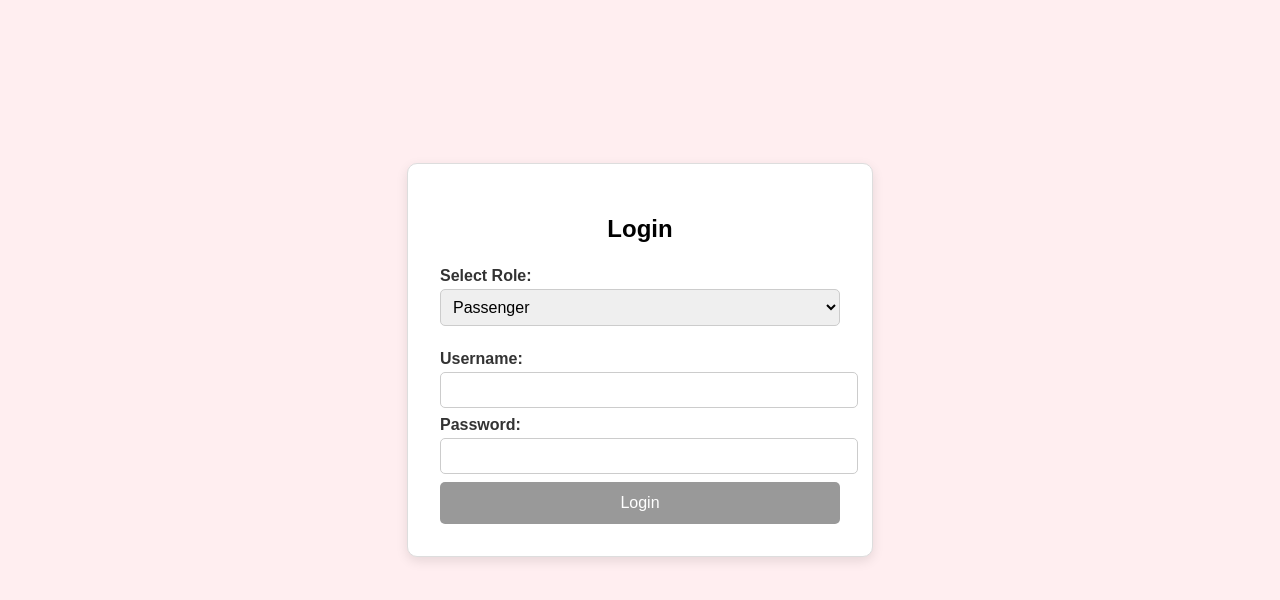
Repository: Shenes35/Booking-system
Page: / (app in frontend/)
These files come from the project's save history. The page is drawn as it stood at one moment and after the next save; the edit follows.
The browser window is 1280 px wide. The pictures show the whole page.
The project was rebuilt for these pictures with package versions that can differ from the ones it lists, and the page was loaded fresh each time. Also part of the build but not shown: frontend/src/components/ErrorBoundary.jsx.

Above is the page before, as saved 2025-05-19 20:05:14.

After the next save:
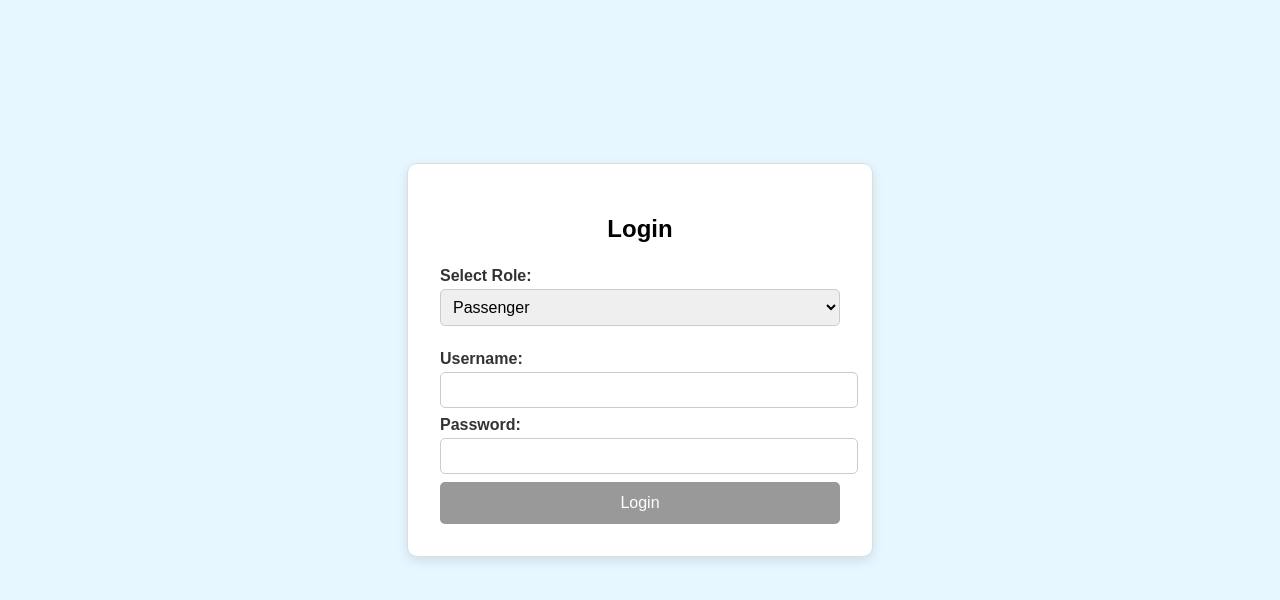
Saved 12 s later.
--- a/frontend/src/components/LoginPage.jsx
+++ b/frontend/src/components/LoginPage.jsx
@@ -33,7 +33,7 @@ const LoginPage = () => {
 
   const pageStyle = {
     minHeight: '100vh',
-    backgroundColor: '#ffeef0', // light background
+    backgroundColor: '#e6f7ff', // light background
     display: 'flex',
     justifyContent: 'center',
     alignItems: 'center'
